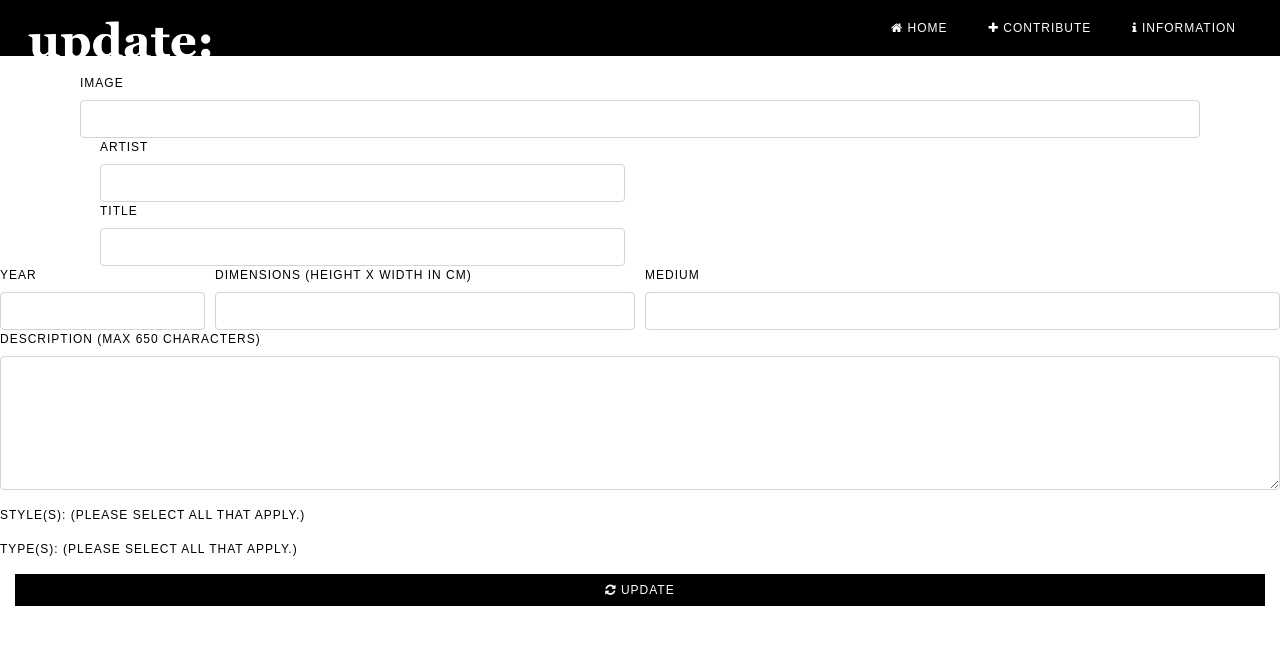
Repository: lynette-lyf/artwork-inventory
Page: templates/edit_artwork.template.html
The author's editor kept a record of every edit. The page is drawn from the files as they stood at one moment, then again after the next edit.
The browser window is 1280 px wide. The page is 1285 px wide, then 1280 px, so the pictures cover 1285 px, including what lies to the right of the window. The pictures show the whole page.
The page is served by the project's application, run on Flask 3 (app.py). The template is opened directly, without the code that normally fills it, so the values that code supplies are empty.

Above is the page before.

### templates/edit_artwork.template.html
<!doctype html>
<html lang="en">
  <head>
    <!-- Required meta tags -->
    <meta charset="utf-8">
    <meta name="viewport" content="width=device-width, initial-scale=1, shrink-to-fit=no">

    <!-- Bootstrap CSS -->
    <link rel="stylesheet" href="https://stackpath.bootstrapcdn.com/bootstrap/4.3.1/css/bootstrap.min.css" integrity="sha384-ggOyR0iXCbMQv3Xipma34MD+dH/1fQ784/j6cY/iJTQUOhcWr7x9JvoRxT2MZw1T" crossorigin="anonymous">
    <!-- Font Awesome CSS -->
    <link href="https://maxcdn.bootstrapcdn.com/font-awesome/4.7.0/css/font-awesome.min.css" rel="stylesheet"/>
    <!-- Google Fonts API -->
    <link href="https://fonts.googleapis.com/css?family=Work+Sans:300,600,800&display=swap" rel="stylesheet">
    <link rel="stylesheet" type="text/css" href="/static/css/style.css">

    <title>Update: {{artworksAndConsigners["title"]}} by {{artworksAndConsigners["artist"]}}</title>
  <style>
       body {
    font-family: Arial;
    font-size: 12px;
    color: black;
    text-transform: uppercase;
    letter-spacing:1px;
}

::-webkit-scrollbar {
  width: 5px;
  height: 5px;
  border-left: 0;
  background: white;
}

::-webkit-scrollbar-track {
  background: white;
}

::-webkit-scrollbar-thumb {
  background: black;
  border-radius: 0;
}

.navbar-default {
    background-color: black;
}


#logo {
    position: absolute;
    z-index:1;
    top:-3px;

}



#home, #contribute, #information {
    font-family: Arial;
    color: white;
    text-decoration: none;
    text-transform: uppercase;
    font-size: 12px;
    letter-spacing:1px;
    background-color: black;
    margin-right:15px;
}

#update {
    font-family: Arial;
    color: white;
    text-decoration: none;
    text-transform: uppercase;
    font-size: 12px;
    letter-spacing:1px;
    background-color: black;
    width:100%;
    border-radius:0px;
}

#home:hover, #information:hover, #update:hover {
    background-color: white;
    color:black;
}




@media (max-width: 994px) {
    .img-fluid {
        max-width:100%
    }

    #home {
        margin-top:2rem;
    }
}

@media screen and (min-width: 995px) {
    .navbar-nav {
        align-items: end;
    }

    .img-fluid {
        max-height:500px;
        max-width:500px
    }
}

  </style>

  </head>


  <body>


<img id="logo" style="max-height:100px;" src="static/img/update.png"/>

<nav class="navbar navbar-expand-lg navbar-default">
  <a class="navbar-brand" href="#">&nbsp;</a>
  <button class="navbar-toggler" type="button" data-toggle="collapse" data-target="#navbarSupportedContent" aria-controls="navbarSupportedContent" aria-expanded="false" aria-label="Toggle navigation">
    <span class="navbar-toggler-icon"> <i class="fa fa-bars" style="color:#fff; font-size:28px;"></i></span>
  </button>

  <div class="collapse navbar-collapse justify-content-end" id="navbarSupportedContent">
    <ul class="navbar-nav">
      <li class="nav-item">
          <a href="#" id="home" class="btn btn-default"><i class="fa fa-home"></i>    Home</a>
      </li>
     <li class="nav-item">
          <a href="add-artwork" id="contribute" class="btn btn-default"><i class="fa fa-plus"></i>    Contribute</a>
      </li>
      <li class="nav-item">
        <a href="#" id="information" class="btn btn-default"><i class="fa fa-info"></i>    Information</a>
      </li>
    </ul>

        </div>
  </div>
</nav>







    <div class='container'>
        <form class='form' method="POST">
          <div class='form-row'>
              <div class='col-12'>

                  <img class='img-fluid' src='{{ artworksAndConsigners['image'] }}'>
                   </div>



                <label>Image</label>
                <input type='text' class='form-control' name='image' value='{{artworksAndConsigners["image"]}}' required/>
            </div>
            <div class='col-6'>
                <label>Artist</label>
                <input type='text' class='form-control' name='artist' value='{{artworksAndConsigners["artist"]}}' required/>
            </div>
            <div class='col-6'>
                <label>Title</label>
                <input type='text' class='form-control' name='title' value='{{artworksAndConsigners["title"]}}' required/>
            </div>
          </div>

          <div class='form-row'>
            <div class='col-2'>
                <label>Year</label>
                <input type='number' class='form-control' maxlength='4' min='1000' max='2019' name='year' value='{{artworksAndConsigners["year"]}}' required/>
            </div>
            <div class='col-4'>
                <label>Dimensions (height x width in cm)</label>
                <input type='text' class='form-control' name='dimensions' value='{{artworksAndConsigners["dimensions"]}}' required/>
            </div>
            <div class='col-6'>
                <label>Medium</label>
                <input type='text' class='form-control' name='medium' value='{{artworksAndConsigners["medium"]}}' required/>
            </div>
          </div>

            <div class='form-group'>
                <label>Description (max 650 characters)</label>
                <textarea class="form-control" rows="5" maxlength='650' name='description'>{{artworksAndConsigners["description"]}}</textarea>
            </div>


            <div class='form-group'>
                <p>Style(s): (Please select all that apply.)</p>
                {%for t in all_styles %}
                <input type="checkbox" name="type" value="{{t}}"
                {%if t in selected_type %}
                checked
                {%endif%}
                /><label>{{t}}</label>
                {%endfor%}
            </div>

            <div class='form-group'>
                <p>Type(s): (Please select all that apply.)</p>
                {%for t in all_types %}
                <input type="checkbox" name="type" value="{{t}}"
                {%if t in selected_type %}
                checked
                {%endif%}
                /><label>{{t}}</label>
                {%endfor%}
            </div>

           <div class="col-12 text-center">
             <button type="submit" id="update" class="btn btn-default">
                <i class="fa fa-refresh"></i>    Update
              </button>
          </div>
        </form>
    </div>

    <!-- Optional JavaScript -->
    <!-- jQuery first, then Popper.js, then Bootstrap JS -->
    <script src="https://code.jquery.com/jquery-3.3.1.slim.min.js" integrity="sha384-q8i/X+965DzO0rT7abK41JStQIAqVgRVzpbzo5smXKp4YfRvH+8abtTE1Pi6jizo" crossorigin="anonymous"></script>
    <script src="https://cdnjs.cloudflare.com/ajax/libs/popper.js/1.14.7/umd/popper.min.js" integrity="sha384-UO2eT0CpHqdSJQ6hJty5KVphtPhzWj9WO1clHTMGa3JDZwrnQq4sF86dIHNDz0W1" crossorigin="anonymous"></script>
    <script src="https://stackpath.bootstrapcdn.com/bootstrap/4.3.1/js/bootstrap.min.js" integrity="sha384-JjSmVgyd0p3pXB1rRibZUAYoIIy6OrQ6VrjIEaFf/nJGzIxFDsf4x0xIM+B07jRM" crossorigin="anonymous"></script>
  </body>
</html>

### app.py
from flask import Flask, render_template, request, redirect, url_for, flash
import os
from bson import ObjectId
import re

import pymongo

MONGO_URI = os.getenv('MONGO_URI')
DATABASE_NAME = 'artworksAndConsigners'

conn = pymongo.MongoClient(MONGO_URI)

def get_connection():
    conn = pymongo.MongoClient(MONGO_URI)
    return conn

app = Flask(__name__)

# READ**************************************************************************

@app.route('/')
def index():
    search_terms = request.args.get('search-by')
    filter = request.args.getlist('filter')

    all_styles = ['Abstract', 'Abstract Expressionist', 'Contemporary', 'Cubism', 'Expressionism', 'Figurative', 'Geometric', 'Minimalism', 'Modern', 'Nanyang', 'Pop Art', 'Realism', 'Renaissance', 'Surrealism']
    all_types = ['Acrylic', 'Canvas', 'Calligraphy', 'Ink', 'Installation', 'Fabric', 'Oil', 'Paper', 'Painting', 'Portrait', 'Printmaking', 'Sculpture', 'Watercolour']

    search_criteria = {}
    print (search_criteria)
    if search_terms is not None and search_terms is not "":
        search_criteria["title"] = re.compile(r'{}'.format(search_terms), re.I)

    if len(filter) > 0:
        search_criteria['all_styles', 'all_types'] = {
            '$all' : filter
        }

    print (search_criteria)

    if search_terms is None:
        search_terms = ""

    conn = get_connection()
    artworksAndConsigners = conn[DATABASE_NAME]['artworksAndConsigners'].find(search_criteria)
    return render_template('index.template.html', results=artworksAndConsigners, search_terms=search_terms, filter=filter, all_styles=all_styles, all_types=all_types)

# CREATE************************************************************************

@app.route('/add-artwork')
def show_add_artwork_form():
    return render_template('add_artwork.template.html')

@app.route('/add-artwork', methods=['POST'])
def process_add_artwork_form():
    image = request.form.get('image')
    artist = request.form['artist']
    title = request.form['title']
    year = request.form['year']
    dimensions = request.form['dimensions']
    medium = request.form['medium']
    description = request.form['description']
    type = request.form.getlist('type')

    conn = get_connection()
    conn[DATABASE_NAME]['artworksAndConsigners'].insert({
        "image" : image,
        "artist" : artist,
        "title" : title,
        "year" : year,
        "dimensions" : dimensions,
        "medium" : medium,
        "description" : description,
        "type" : type
    })

    return redirect("/")

# UPDATE************************************************************************

@app.route('/edit-artwork/<artwork_id>')
def show_edit_artwork_form(artwork_id):
    conn = get_connection()
    artwork = conn[DATABASE_NAME]['artworksAndConsigners'].find_one({
        '_id': ObjectId(artwork_id)
    })

    results = artwork['type']
    all_styles = ['Abstract', 'Abstract Expressionist', 'Contemporary', 'Cubism', 'Expressionism', 'Figurative', 'Geometric', 'Minimalism', 'Modern', 'Nanyang', 'Pop Art', 'Realism', 'Renaissance', 'Surrealism']
    all_types = ['Acrylic', 'Canvas', 'Calligraphy', 'Ink', 'Installation', 'Fabric', 'Oil', 'Paper', 'Painting', 'Portrait', 'Printmaking', 'Sculpture', 'Watercolour']

    return render_template('edit_artwork.template.html', artworksAndConsigners=artwork,
    selected_type=results, all_styles=all_styles, all_types=all_types)

@app.route("/edit-artwork/<artwork_id>", methods=['POST'])
def process_edit_artwork_form(artwork_id):
    image = request.form.get('image')
    artist = request.form['artist']
    title = request.form['title']
    year = request.form['year']
    dimensions = request.form['dimensions']
    medium = request.form['medium']
    description = request.form['description']
    type = request.form.getlist('type')

    conn = get_connection()
    conn[DATABASE_NAME]["artworksAndConsigners"].update({
        '_id': ObjectId(artwork_id)
    }, {
       "image" : image,
        "artist" : artist,
        "title" : title,
        "year" : year,
        "dimensions" : dimensions,
        "medium" : medium,
        "description" : description,
        "type": type
    })

    return redirect("/")


# DELETE************************************************************************

@app.route('/confirm-delete-artwork/<artwork_id>')
def confirm_delete_artwork(artwork_id):

    artwork = conn[DATABASE_NAME]["artworksAndConsigners"].find_one({
        '_id': ObjectId(artwork_id)
    }, {
        "title": 1,
        "artist": 1
    })

    return render_template('confirm_delete_artwork.template.html', artworksAndConsigners=artwork)

@app.route('/delete-artwork/<artwork_id>')
def delete_artwork(artwork_id):
    conn[DATABASE_NAME]["artworksAndConsigners"].delete_one({
        '_id': ObjectId(artwork_id)
    })

    return redirect('/')

# "magic code" -- boilerplate
if __name__ == '__main__':
    app.run(host=os.environ.get('IP'),
    port=int(os.environ.get('PORT')),
    debug=True)

### static/css/style.css
body {
    font-family: Arial;
    font-size: 15px;
    color: black;
}

::-webkit-scrollbar {
  width: 5px;
  height: 5px;
  border-left: 0;
  background: white;
}

::-webkit-scrollbar-track {
  background: white;
}

::-webkit-scrollbar-thumb {
  background: black;
  border-radius: 0;
}

.navbar-default {
    background-color: black;
}


#logo {
    position: absolute;
    z-index:1;
    top:-4px;
}

#home, #contribute, #information {
    font-family: Arial;
    color: white;
    text-decoration: none;
    text-transform: uppercase;
    font-size: 12px;
    letter-spacing:1px;
    background-color: black;
    margin-right:15px;
}

#submit {
    font-family: Arial;
    color: white;
    text-decoration: none;
    text-transform: uppercase;
    font-size: 12px;
    letter-spacing:1px;
    background-color: grey;
    margin-right:15px;
    border-radius:0px;
    height:31px;
    margin-top:3px;
}
#home:hover, #contribute:hover, #information:hover, #submit:hover {
    background-color: white;
    color:black;
}

#search-by {
    border-radius:0px;
    font-family: Arial;
    font-weight:bold;
    color: black;
    text-transform: uppercase;
    font-size: 12px;
    margin-top:3px;
    border-width:0px;
}

#caret-dropdown {
    color:grey;
    background-color:white;
    height:31px;
    margin-top:3px;
}

.dropdown.dropdown-lg .dropdown-menu {
    margin-top: -1px;
    padding: 4px 15px;
}

.btn-group .btn {
    border-radius: 0;
    margin-left: -1px;
}
.form-horizontal .form-group {
    margin-left: 0;
    margin-right: 0;
}

@media (max-width: 994px) {
    .img-fluid {
        max-width:100%
    }

    #home {
        margin-top:2rem;
    }
}

@media screen and (min-width: 995px) {
    .navbar-nav {
        align-items: end;
    }

    #boot-search-box {
        width: 500px;
        margin: 0 auto;
    }
    .dropdown.dropdown-lg {
        position: static !important;
    }
    .dropdown.dropdown-lg .dropdown-menu {
        min-width: 500px;
    }

    .img-fluid {
        max-height:500px;
        max-width:500px
    }
}

.artist {
    font-family: 'Work Sans', sans-serif;
    font-weight: 800;
    text-transform: uppercase;
    font-size: 3vh;
    line-height:10%;
    margin-top:15px;
}

.title {
    font-style: italic;
    font-family: 'Work Sans', sans-serif;
    font-weight: 600;
    text-transform: uppercase;
    font-size: 1.8vh;
    margin-right: 2px;
    line-height:10%;
}

.year {
    font-style: italic;
    font-family: 'Work Sans', sans-serif;
    font-weight: 400;
    font-size: 1.8vh;
    margin-right: 2px;
}

.medium, .dimensions {
    letter-spacing: 1px;
    margin-bottom:0px;
}

.description {
    text-align: justify;
    margin-top: 20px;
}

.tag-label {
    text-transform: uppercase;
    font-weight: bold;
    margin-bottom: 0px;
}

.tags {
    text-transform: uppercase;
    font-size: 12px;
    margin-top: 0px;
}

.action {
    text-decoration: none;
    color: black;
    font-family: Arial;
    text-transform: uppercase;
    font-size: 10px;
    margin:5px;
}

.action:hover {
    color:white;
    background-color:black;
    border-radius:0px;
    border-width:0px;;
}

After the next edit:
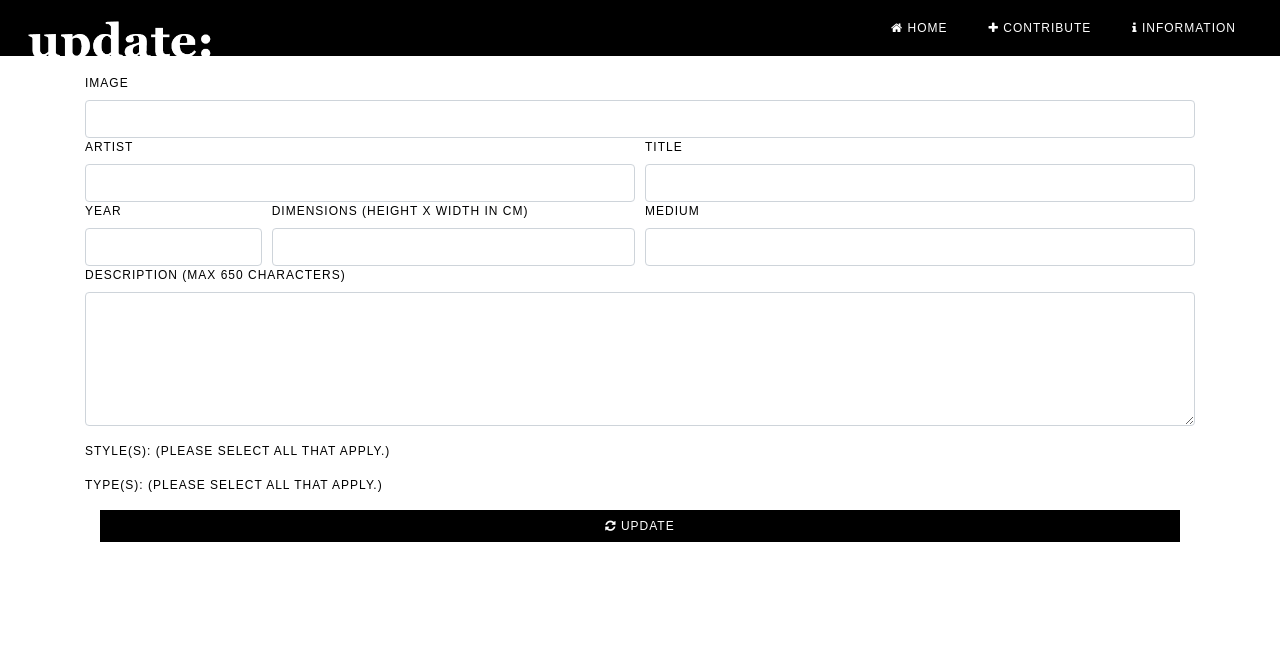
The edit:
--- a/templates/edit_artwork.template.html
+++ b/templates/edit_artwork.template.html
@@ -151,8 +151,10 @@
 
                   <img class='img-fluid' src='{{ artworksAndConsigners['image'] }}'>
                    </div>
-
-
+                  </div>
+
+                 <div class='form-row'>
+              <div class='col-12'>
 
                 <label>Image</label>
                 <input type='text' class='form-control' name='image' value='{{artworksAndConsigners["image"]}}' required/>
